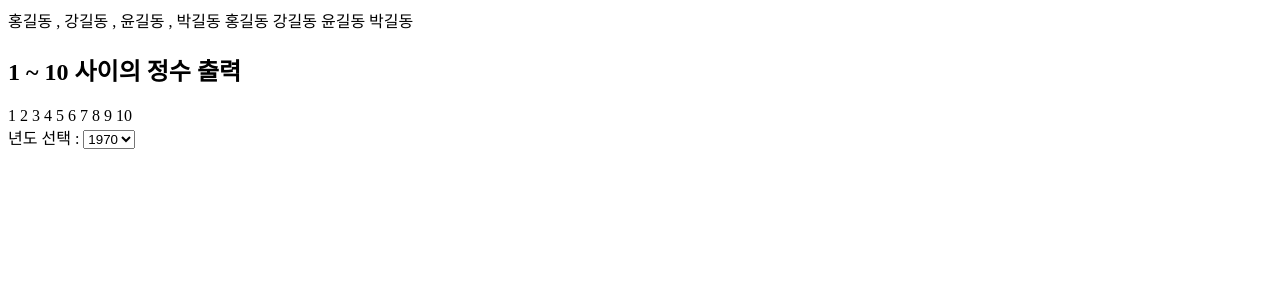
Repository: cdj6995/Web
Page: http://localhost/Lecture-Web/jsp/jstl/core/exam05.jsp
An editor plug-in stored every save of this project. The page is shown before and after the next save, followed by the edit.
The browser window is 1280 px wide. The pictures show the whole page.
The page is served by Tomcat 9. Other server files are loaded and not shown.

Above is the page before, as saved 2022-06-07 07:40:28.

### Lecture-Web/src/main/webapp/jsp/jstl/core/exam05.jsp
<%@ page language="java" contentType="text/html; charset=UTF-8"
    pageEncoding="UTF-8"%>
<%@ taglib prefix="c" uri="http://java.sun.com/jsp/jstl/core" %>
<%
	String[] names = {"홍길동", "강길동", "윤길동", "박길동"};

	pageContext.setAttribute("names", names);
	pageContext.setAttribute("length", names.length-1);
%>
<!DOCTYPE html>
<html>
<head>
<meta charset="UTF-8">
<title>Insert title here</title>
</head>
<body>
	<c:forEach var="i" begin="0" end="${ length }">
		${ names[i] }
		<c:if test="${ i != length }">
			,
		</c:if>
	</c:forEach>


	<c:forEach var="name" items="${ names }" varStatus=",">
		${ name }

	</c:forEach>


	<h2>1 ~ 10 사이의 정수 출력</h2>
	<c:forEach var="i" begin="1" end="10">
		${ i }
	</c:forEach>
	<br>
	년도 선택 :
	<select>
		<c:forEach var="year" begin="1970" end="2022" step="10">
			<option>${ year }</option>
		</c:forEach>
	</select>
</body>
</html>

After the next save:
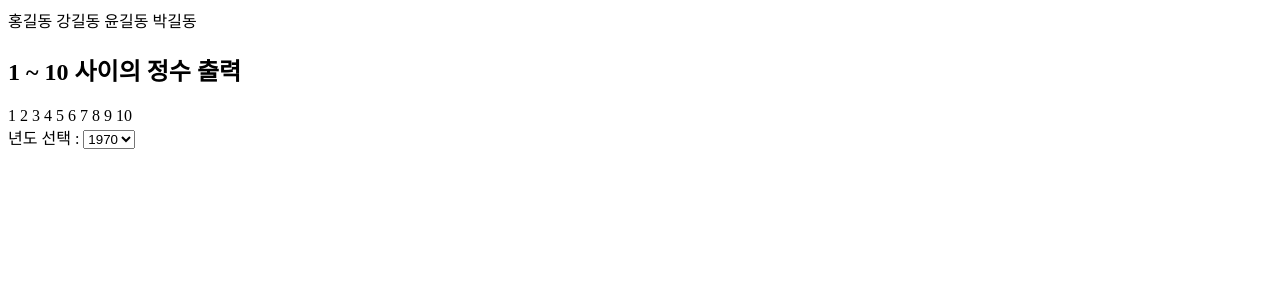
Saved 6 s later.
--- a/Lecture-Web/src/main/webapp/jsp/jstl/core/exam05.jsp
+++ b/Lecture-Web/src/main/webapp/jsp/jstl/core/exam05.jsp
@@ -14,13 +14,14 @@
 <title>Insert title here</title>
 </head>
 <body>
+<%--
 	<c:forEach var="i" begin="0" end="${ length }">
 		${ names[i] }
 		<c:if test="${ i != length }">
 			,
 		</c:if>
 	</c:forEach>
-
+ --%>
 
 	<c:forEach var="name" items="${ names }" varStatus=",">
 		${ name }

After the save that followed:
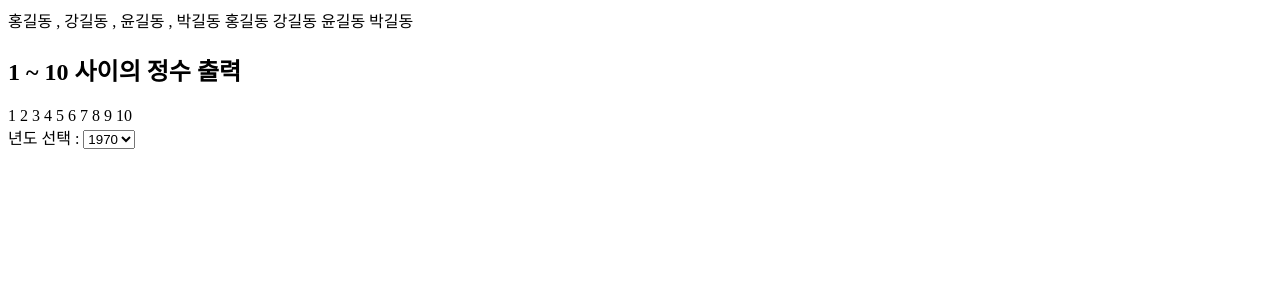
Saved 7 s later.
--- a/Lecture-Web/src/main/webapp/jsp/jstl/core/exam05.jsp
+++ b/Lecture-Web/src/main/webapp/jsp/jstl/core/exam05.jsp
@@ -14,14 +14,13 @@
 <title>Insert title here</title>
 </head>
 <body>
-<%--
 	<c:forEach var="i" begin="0" end="${ length }">
 		${ names[i] }
 		<c:if test="${ i != length }">
 			,
 		</c:if>
 	</c:forEach>
- --%>
+
 
 	<c:forEach var="name" items="${ names }" varStatus=",">
 		${ name }
